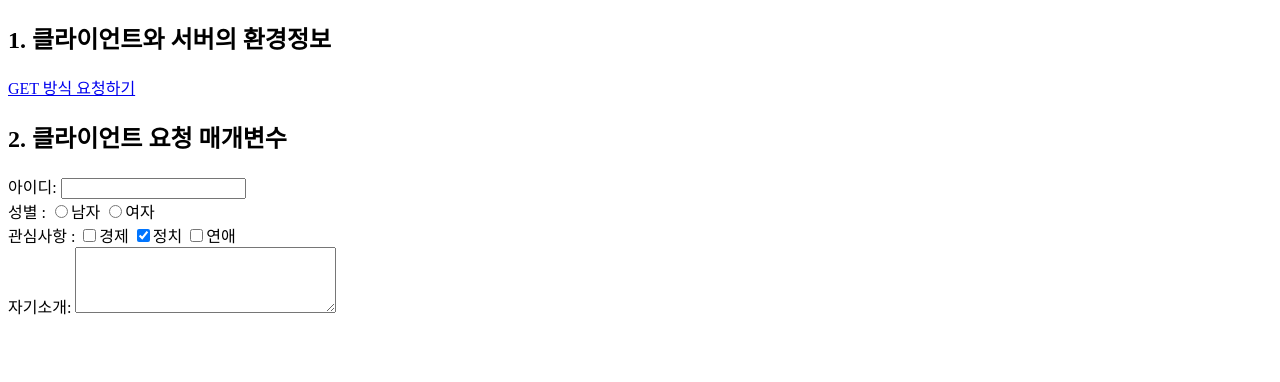
Repository: parkblacksheep/JSP-Servlet
Page: http://localhost/HelloJSP2_2/object/requestMain.jsp
An editor plug-in stored every save of this project. The page is shown before and after the next save, followed by the edit.
The browser window is 1280 px wide. The pictures show the whole page.
The page is served by Tomcat 9.

Above is the page before, as saved 2024-07-25 02:23:47.

After the next save:
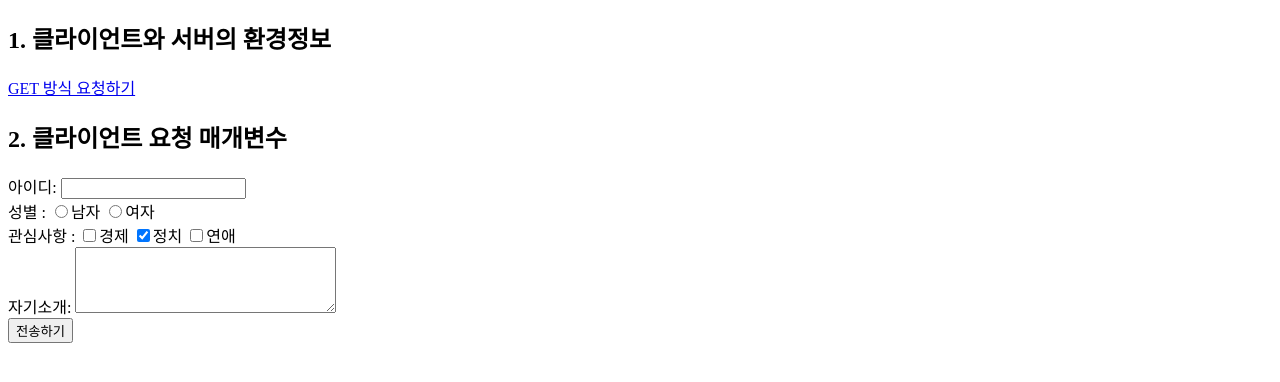
Saved 14 s later.
--- a/HelloJSP2_2/src/main/webapp/object/requestMain.jsp
+++ b/HelloJSP2_2/src/main/webapp/object/requestMain.jsp
@@ -26,6 +26,8 @@
 			<input type="checkbox" name="favo" value="ent">연애 <br>
 		자기소개:
 			<textarea rows="4" cols="30" name="intro"></textarea>
+			<br>
+			<input type="submit" value="전송하기">
 	</form>
 </body>
 </html>
